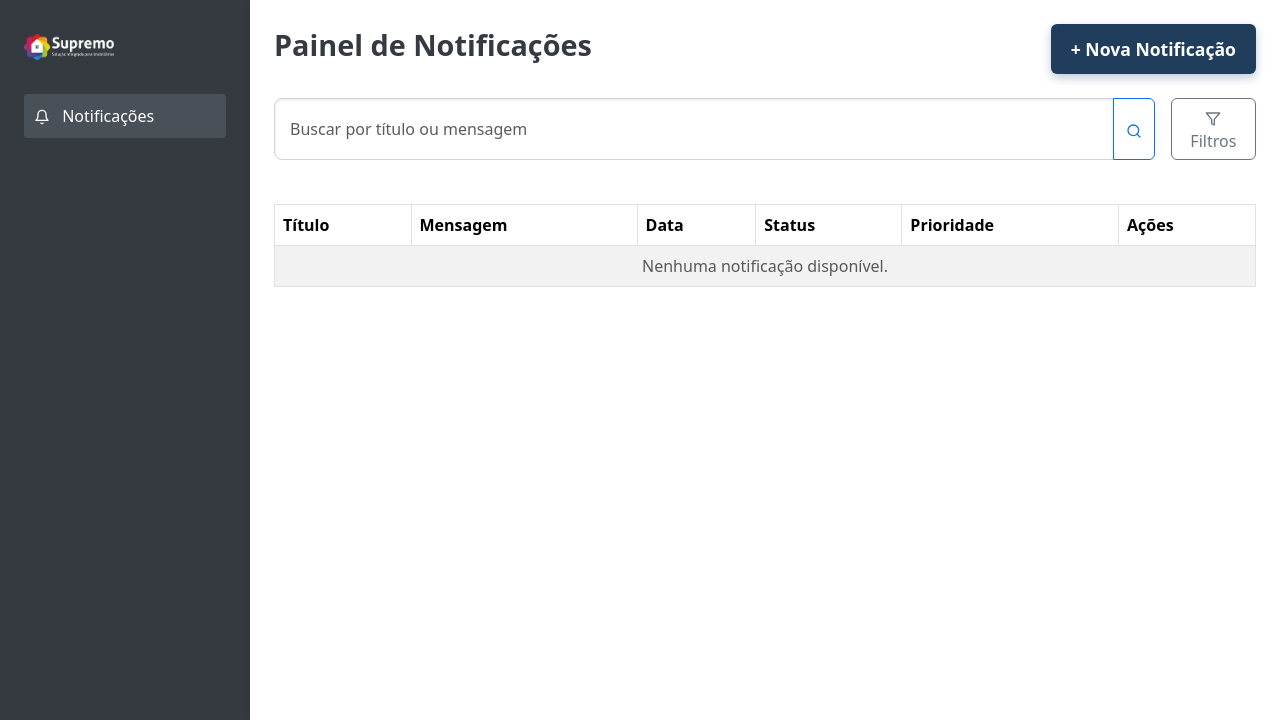
Repository: ryanmarinhodev/Supremo-teste-tecnico
Page: /notifications
An editor plug-in stored every save of this project. The page is shown before and after a run of saves, followed by the edit.
The browser window is 1280 px wide. The pictures show the whole page.
The project was rebuilt for these pictures with package versions that can differ from the ones it lists, and the page was loaded fresh each time. Also part of the build but not shown: src/App.css, src/Components/Login/index.jsx.

Above is the page before, as saved 2024-11-07 18:06:02.

After the next 3 saves:
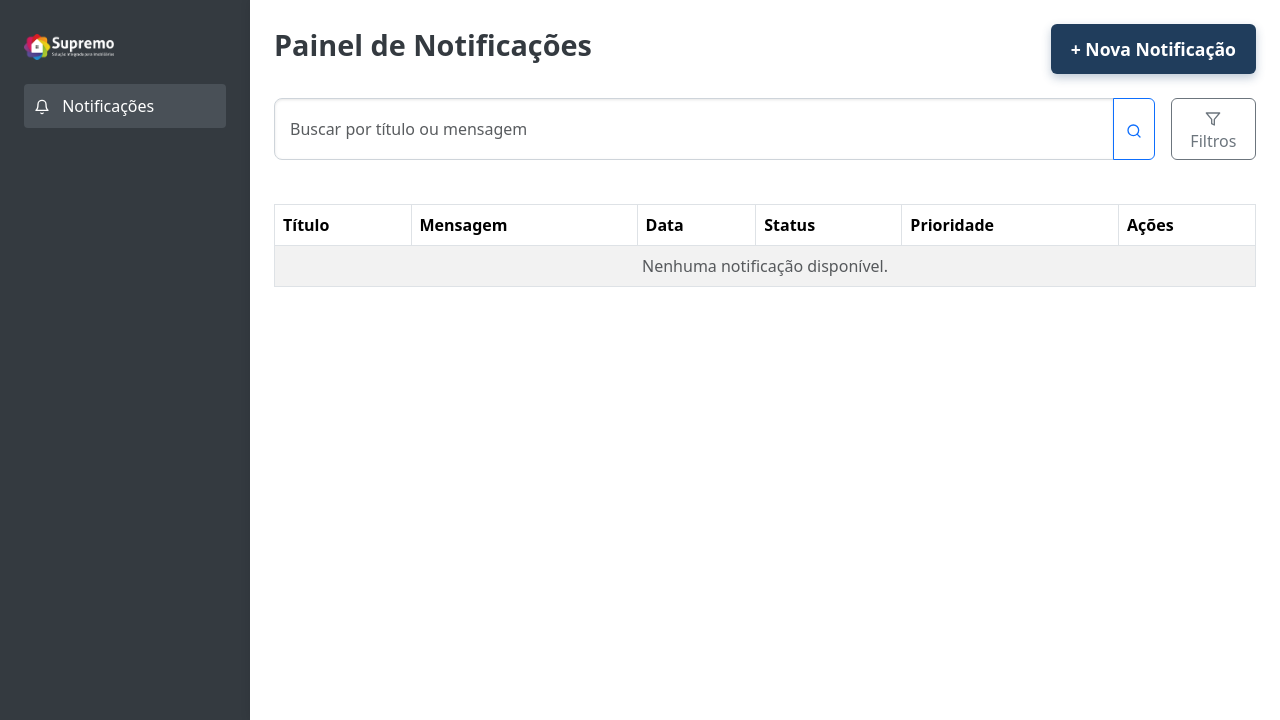
The 3 saves are shown as one change because they came seconds apart.
The last was saved 11 s later.
--- a/src/Components/Notifications/notification.css
+++ b/src/Components/Notifications/notification.css
@@ -14,7 +14,7 @@
 .logo {
     width: 100px;
     display: flex;
-    padding: 10px 10px 10px 0;
+    padding: 10px 10px 0px 0;
 }
 
   .sidebar h4 {
